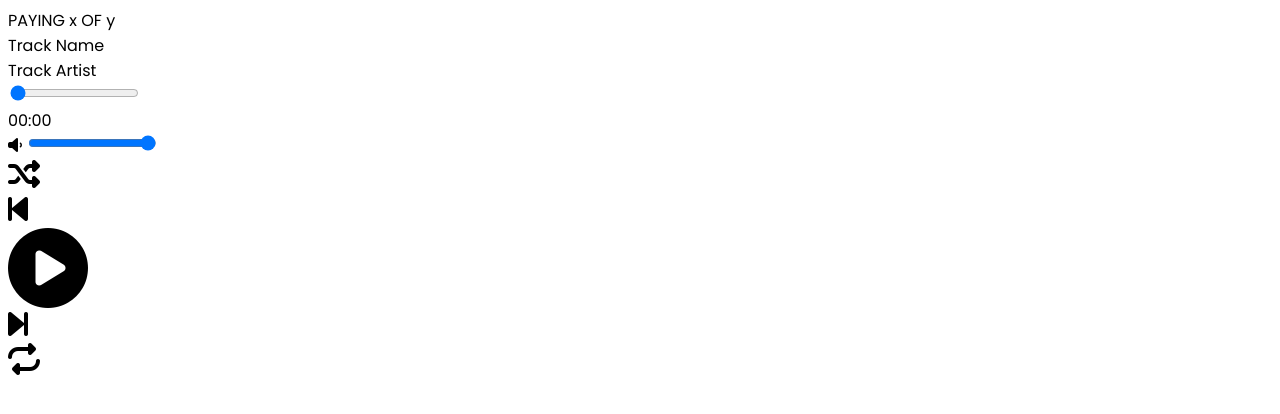
Repository: NguyenVietPhuQuy/Javascript-AudioPlayer
Page: index.html
These files come from the project's save history. The page is drawn as it stood at one moment and after the next save; the edit follows.
The browser window is 1280 px wide. The pictures show the whole page.

Above is the page before, as saved 2022-11-09 08:18:02.

### index.html
<!DOCTYPE html>
<html lang="en">
<head>
    <meta charset="UTF-8">
    <meta http-equiv="X-UA-Compatible" content="IE=edge">
    <meta name="viewport" content="width=device-width, initial-scale=1.0">
    <title>Music Player</title>
    <!--Font-Awesome-->
    <link rel="stylesheet" href="https://cdnjs.cloudflare.com/ajax/libs/font-awesome/6.2.0/css/all.min.css">
    <!--Css-->
    <link rel="stylesheet" href="index.css">
</head>
<body>
    <div class="player">
        <div class="wrapper">
            <div class="details">
                <div class="now-playing">PAYING x OF y</div>
                <div class="track-art"></div>
                <div class="track-name">Track Name</div>
                <div class="track-artist">Track Artist</div>
            </div>

            <div class="slider_container">
                <div class="current-time"></div>
                <input type="range" min="1" max="100" value="0"
                class="seek_slider" onchange="seekTo()">
                <div class="total-duration">00:00</div>
            </div>

            <div class="slider_container">
                <i class="fa fa-volume-down"></i>
                <input type="range" min="1" max="100" value="99"
                class="volume_slider" onchange="setVolume()">
            </div>

            <div class="buttons">
                <div class="random-track">
                    <i class="fas fa-random fa-2x" title="random"
                    onclick="randomTrack()"></i>
                </div>

                <div class="prev-track">
                    <i class="fas fa-step-backward fa-2x"
                    onclick="prevTrack()"></i>
                </div>

                <div class="playerpause-track">
                    <i class="fas fa-play-circle fa-5x"
                    onclick="playPauseTrack()"></i>
                </div>

                <div class="next-track">
                    <i class="fas fa-step-forward fa-2x"
                    onclick="nextTrack()"></i>
                </div>

                <div class="repeat-track">
                    <i class="fas fa-repeat fa-2x" title="repeat"
                    onclick="repeatTrack()"></i>
                </div>
            </div>

            <div id="wave">
                <span class="stroke"></span>
                <span class="stroke"></span>
                <span class="stroke"></span>
                <span class="stroke"></span>
                <span class="stroke"></span>
                <span class="stroke"></span>
                <span class="stroke"></span>
            </div>
        </div>
    </div>
    <!--Main-->
    <script src="index.js"></script>
</body>
</html>

### index.css
@import url('https://fonts.googleapis.com/css2?family=Poppins&display=swap');
*{
    font-family: 'Poppins',sans-serif;
}

Loaded but not shown: index.js (no copy from this time; the picture is the same without it)

After the next save:
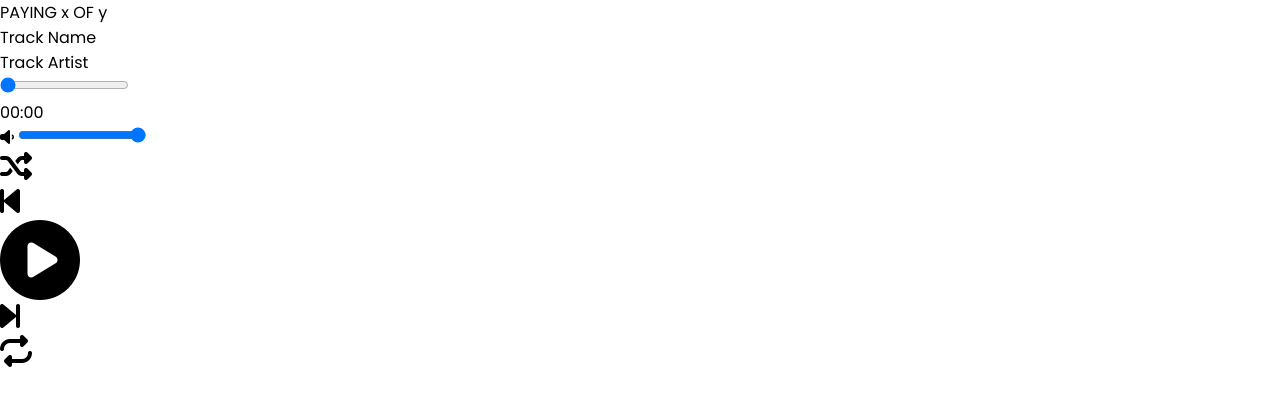
Saved 34 s later.
--- a/index.css
+++ b/index.css
@@ -1,4 +1,6 @@
 @import url('https://fonts.googleapis.com/css2?family=Poppins&display=swap');
 *{
     font-family: 'Poppins',sans-serif;
+    box-sizing: border-box;
+    margin: 0 auto;
 }
